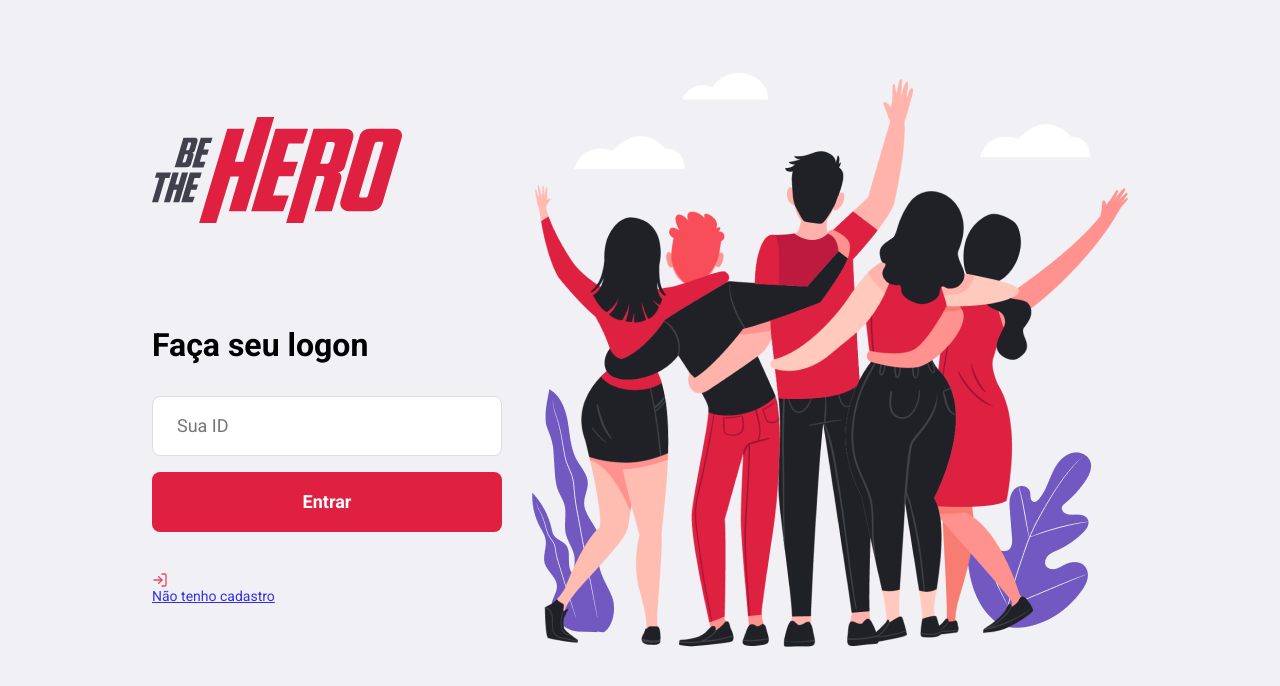
Repository: pedroevangelista/be-the-hero
Page: / (app in frontend/)
An editor plug-in stored every save of this project. The page is shown before and after the next save, followed by the edit.
The browser window is 1280 px wide. The pictures show the whole page.
The project was rebuilt for these pictures with package versions that can differ from the ones it lists, and the page was loaded fresh each time. Also part of the build but not shown: frontend/src/pages/Register/styles.css, frontend/src/pages/Register/index.js.

Above is the page before, as saved 2020-03-25 14:09:53.

### frontend/src/App.js
import React from 'react';
import './global.css'
import Routes from './routes';

function App() {

  return (
    <Routes />
  );
}

export default App;

### frontend/src/global.css
@import url('https://fonts.googleapis.com/css?family=Roboto:400,500,700&display=swap');

* {
    margin: 0;
    padding: 0;
    outline: 0;
    box-sizing: border-box;
}

body {
    font: 400 14px Roboto, sans-serif;
    background: #f0f0f5;
    -webkit-font-smoothing: antialiased;
}

input, button, textarea {
    font: 400 18px Roboto, sans-serif;
}

button {
    cursor: pointer
}

form input {
    width: 100%;
    height: 60px;
    color: #333;
    border: 1px solid #dcdce6;
    border-radius: 8px;
    padding: 0 24px;
}

.button {
    width: 100%;
    height: 60px;
    background: #e02041;
    border: 0;
    border-radius: 8px;
    color: #FFF;
    font-weight: 700;
    margin-top: 16px;
    display: inline-block;
    text-align: center;
    text-decoration: none;
    font-size: 18px;
    line-height: 60px;
    transition: filter 0.2s;
}

.button:hover {
    filter: brightness(90%);
}

.back-link {
    display: flex;
    align-items: center;
    margin-top: 40px;
    color: #41414d;
    font-size: 18px;
    text-decoration: none;
    font-weight: 500;
    transition: opacity 0.2s;
}

.logon-container section.form form svg {
    margin-right: 8px;
}

.logon-container section.form form a {
    opacity: 0.8;
}

### frontend/src/routes.js
import React from 'react';
import { BrowserRouter, Route, Switch } from 'react-router-dom';

import Logon from './pages/Logon';
import Register from './pages/Register';

export default function Routes() {
    return (
        <BrowserRouter>
            <Switch>
                <Route path="/" exact component={Logon}></Route>
                <Route path="/register" component={Register}></Route>
            </Switch>
        </BrowserRouter>
    );
}

### frontend/src/pages/Logon/index.js
import React from 'react';
import { Link } from 'react-router-dom';
import { FiLogIn } from 'react-icons/fi';
import './styles.css';
import logoImg from '../../assets/logo.svg';
import heroesImg from '../../assets/heroes.png';

export default function Logon() {

    return (
        <div className="logon-container">
            <section className="form">
                <img src={logoImg} alt="Be The Hero"></img>

                <form>
                    <h1>Faça seu logon</h1>

                    <input placeholder="Sua ID" />
                    <button className="button" type="submit">Entrar</button>

                    <Link to="/register">
                        <FiLogIn className="back-link" size="16" color="#e02041" />
                        Não tenho cadastro
                    </Link>
                </form>
            </section>

            <img src={heroesImg} alt="Heroes"></img>
        </div>
    );

}

### frontend/src/pages/Logon/styles.css
.logon-container {
    width: 100%;
    max-width: 1120px;
    height: 100vh;
    margin: 0 auto;
    display: flex;
    align-items: center;
    justify-content: center;
}

.logon-container section.form {
    width: 100%;
    max-width: 350px;
    margin-right: 30px;
}

.logon-container section.form form {
    margin-top: 100px;
}

.logon-container section.form form h1 {
    font-size: 32px;
    margin-bottom: 32px;
}

Loaded but not shown: frontend/public/index.html (common file); frontend/src/index.js (common file)

After the next save:
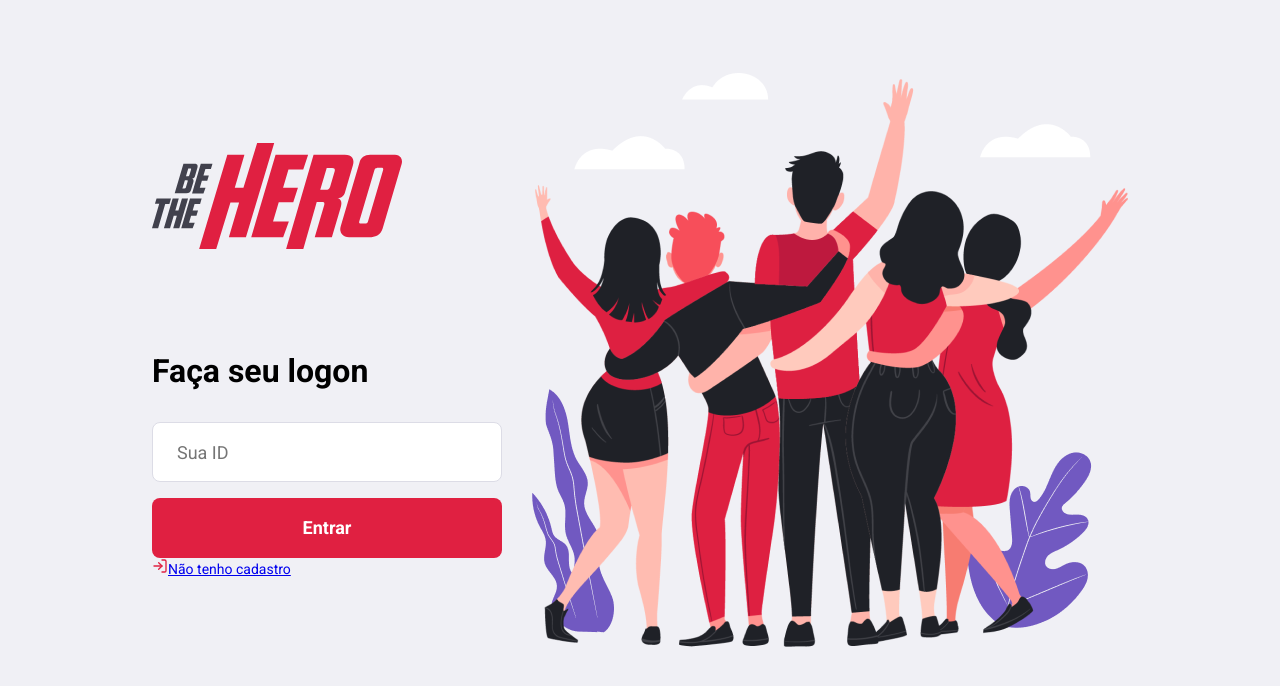
Saved 24 s later.
--- a/frontend/src/global.css
+++ b/frontend/src/global.css
@@ -50,22 +50,3 @@ form input {
 .button:hover {
     filter: brightness(90%);
 }
-
-.back-link {
-    display: flex;
-    align-items: center;
-    margin-top: 40px;
-    color: #41414d;
-    font-size: 18px;
-    text-decoration: none;
-    font-weight: 500;
-    transition: opacity 0.2s;
-}
-
-.logon-container section.form form svg {
-    margin-right: 8px;
-}
-
-.logon-container section.form form a {
-    opacity: 0.8;
-}
